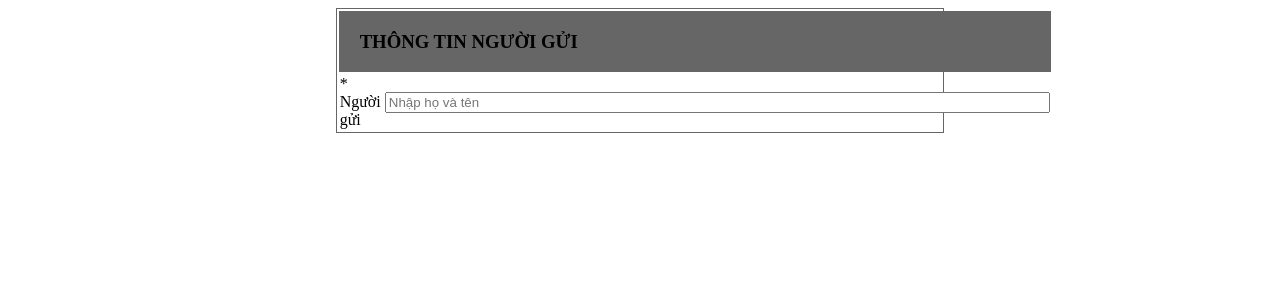
Repository: Tan-Khang21/TH_TKW--Buoi_04
Page: Bai_Tap_Mau/Bai_01/Bai_01.html
The author's editor kept a copy of each file at every save. The page is drawn from the files as they stood at one save, then again after the next save.
The browser window is 1280 px wide. The pictures show the whole page.

Above is the page before, as saved 2024-03-05 19:59:11.

### Bai_Tap_Mau/Bai_01/Bai_01.html
<!DOCTYPE html>
<html lang="en">
  <head>
    <meta charset="UTF-8" />
    <meta name="viewport" content="width=device-width, initial-scale=1.0" />
    <title>Document</title>
  </head>
  <body>
    <form style="border: 1px solid #666 ; width: 48%; margin: 0 auto;">
        <table>
      <tr  bgcolor="#666">
        <td  colspan="2">
          <h3 style="margin-left: 20px">THÔNG TIN NGƯỜI GỬI</h3>
        </td>
      </tr>
      <tr>
        <td>* Người gửi</td>
        <td align="right"><input type="text" placeholder="Nhập họ và tên" size="80"></td>
    </table>
      </tr>
    </form>
  </body>
</html>

After the next save:
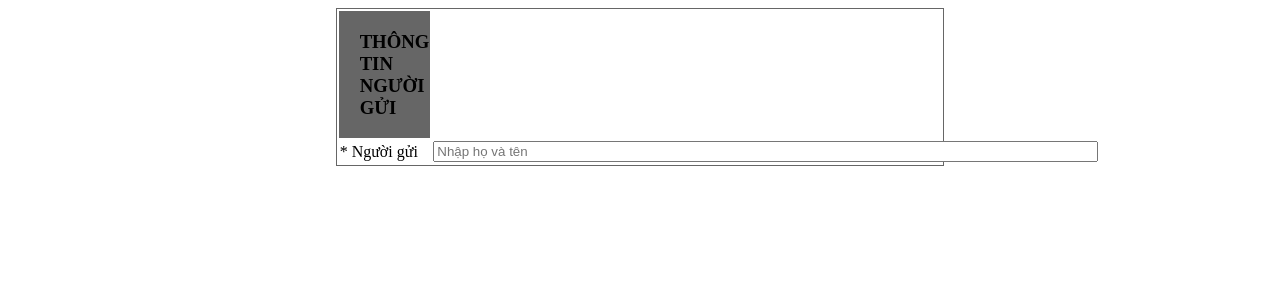
Saved 20 s later.
--- a/Bai_Tap_Mau/Bai_01/Bai_01.html
+++ b/Bai_Tap_Mau/Bai_01/Bai_01.html
@@ -9,7 +9,7 @@
     <form style="border: 1px solid #666 ; width: 48%; margin: 0 auto;">
         <table>
       <tr  bgcolor="#666">
-        <td  colspan="2">
+        <td  rowsspan="2">
           <h3 style="margin-left: 20px">THÔNG TIN NGƯỜI GỬI</h3>
         </td>
       </tr>
